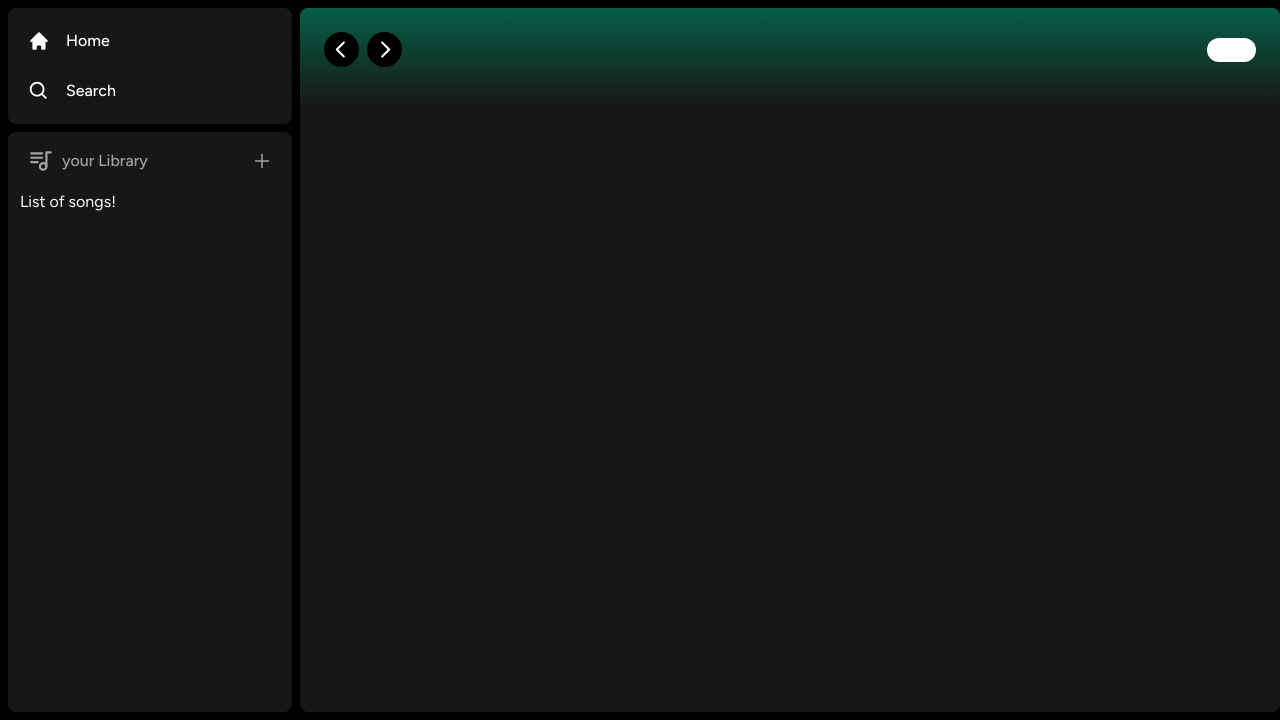
Repository: kjh4357/clone-spotify
Page: /
These files come from the project's save history. The page is drawn as it stood at one moment and after the next save; the edit follows.
The browser window is 1280 px wide. The pictures show the whole page.
The project was rebuilt for these pictures with package versions that can differ from the ones it lists, and the page was loaded fresh each time. The framework's server and built-in components were replaced by stand-ins that run in the browser. Also part of the build but not shown: next.config.mjs.

Above is the page before, as saved 2024-09-25 17:31:19.

### src/app/layout.tsx
import type { Metadata } from 'next';
import { Figtree } from 'next/font/google';
import './globals.css';
import Sidebar from '@/components/Sidebar';

const font = Figtree({ subsets: ['latin'] });

export const metadata: Metadata = {
  title: 'Spotify Clone',
  description: 'Listen to your favorite music',
};

export default function RootLayout({
  children,
}: Readonly<{
  children: React.ReactNode;
}>) {
  return (
    <html lang='en'>
      <body className={font.className}>
        <Sidebar>{children}</Sidebar>
      </body>
    </html>
  );
}

### src/app/(site)/page.tsx
import Header from '@/components/Header';

export default function Home() {
  return (
    <div className='bg-neutral-900 rounded-lg h-full w-full overflow-hidden overflow-y-auto'>
      <Header>Header</Header>
    </div>
  );
}

### src/components/Sidebar.tsx
'use client';

import { usePathname } from 'next/navigation';
import { useMemo } from 'react';
import { BiSearch } from 'react-icons/bi';
import { HiHome } from 'react-icons/hi';
import Box from './Box';
import SidebarItem from './SidebarItem';
import Library from './Library';

interface SidebarProps {
  children: React.ReactNode;
}
const Sidebar: React.FC<SidebarProps> = ({ children }) => {
  const pathname = usePathname();
  const routes = useMemo(
    () => [
      {
        icon: HiHome,
        label: 'Home',
        active: pathname !== '/search',
        href: '/',
      },
      {
        icon: BiSearch,
        label: 'Search',
        active: pathname !== '/search',
        href: '/search',
      },
    ],
    [pathname]
  );
  return (
    <div className='flex h-full'>
      <div className='hidden md:flex flex-col gap-y-2 bg-black w-[300px] p-2'>
        <Box classname=''>
          <div className='flex flex-col gap-y-4 px-5 py-4'>
            {routes.map((item) => (
              <SidebarItem key={item.label} {...item} />
            ))}
          </div>
        </Box>
        <Box classname='overflow-y-auto h-full'>
          <Library />
        </Box>
      </div>
      <main className='h-full flex-1 overflow-y-auto py-2'>{children}</main>
    </div>
  );
};

export default Sidebar;

### src/components/Header.tsx
'use client';

import { useRouter } from 'next/navigation';
import { BiSearch } from 'react-icons/bi';
import { HiHome } from 'react-icons/hi';
import { RxCaretLeft, RxCaretRight } from 'react-icons/rx';
import { twMerge } from 'tailwind-merge';
import Button from './Button';

interface HeaderProps {
  children: React.ReactNode;
  classname?: string;
}

const Header: React.FC<HeaderProps> = ({ children, classname }) => {
  const router = useRouter();

  const handleLogout = () => {};
  return (
    <header
      className={twMerge(
        `h-fit bg-gradient-to-b from-emerald-800 p-6`,
        classname
      )}
    >
      <div className='w-full mb-4 flex items-center justify-between'>
        <div className='hidden md:flex gap-x-2 items-center'>
          <button
            onClick={() => router.back()}
            className='rounded-full bg-black flex items-center justify-center hovre:opacity-75 transition'
          >
            <RxCaretLeft className='text-white' size={35} />
          </button>
          <button
            onClick={() => router.forward()}
            className='rounded-full bg-black flex items-center justify-center hovre:opacity-75 transition'
          >
            <RxCaretRight className='text-white' size={35} />
          </button>
        </div>
        <div className='flex md:hidden gap-x-2 items-center'>
          <button className='rounded-full p02 bg-white flex items-center justify-center hover:opacity-75 transition'>
            <HiHome className='text-black' size={20} />
          </button>
          <button className='rounded-full p02 bg-white flex items-center justify-center hover:opacity-75 transition'>
            <BiSearch className='text-black' size={20} />
          </button>
        </div>
        <div className='flex justify-between items-center gap-x-4'>
          <>
            <div>
              <Button>Sign up</Button>
            </div>
          </>
        </div>
      </div>
    </header>
  );
};

export default Header;

### src/components/Box.tsx
import { twMerge } from 'tailwind-merge';

interface BoxProps {
  children: React.ReactNode;
  classname: string;
}
const Box: React.FC<BoxProps> = ({ children, classname }) => {
  return (
    <div
      className={twMerge(`bg-neutral-900 rounded-lg h-fit w-full`, classname)}
    >
      {children}
    </div>
  );
};

export default Box;

### src/components/SidebarItem.tsx
import Link from 'next/link';
import { IconType } from 'react-icons';
import { twMerge } from 'tailwind-merge';

interface SidebarItemProps {
  icon: IconType;
  label: string;
  active: boolean;
  href: string;
}

const SidebarItem: React.FC<SidebarItemProps> = ({
  icon: Icon,
  label,
  active,
  href,
}) => {
  return (
    <Link
      href={href}
      className={twMerge(
        `flex flex-row h-auto items-center w-full gap-x-4 text-md font-medium cursor-pointer hover:text-white transition text-neutral-400 py-1`,
        active ? 'text-white' : 'text-white'
      )}
    >
      <Icon size={26} />
      <span className='truncate w-full'>{label}</span>
    </Link>
  );
};

export default SidebarItem;

### src/components/Library.tsx
'use client';

import { AiOutlinePlus } from 'react-icons/ai';
import { TbPlaylist } from 'react-icons/tb';

const Library: React.FC = () => {
  const onClick = () => {
    console.log('Create Playlist');
  };
  return (
    <div className='flex flex-col'>
      <div className='flex items-center justify-between px-5 pt-4'>
        <div className='inline-flex items-center gap-x-2'>
          <TbPlaylist className='text-neutral-400' size={26} />
          <p className='text-neutral-400 font-medium text-md'>your Library</p>
        </div>
        <AiOutlinePlus
          className='text-neutral-400 cursor-pointer hover:text-white transition'
          onClick={onClick}
          size={20}
        />
      </div>
      <div className='flex flex-col gap-y-2 mt-4 px-3'>List of songs!</div>
    </div>
  );
};

export default Library;

### src/components/Button.tsx
interface ButtonProps extends React.ButtonHTMLAttributes<HTMLButtonElement> {}

const Button = () => {
  return (
    <button className='rounded-full bg-white flex items-center justify-center hover:opacity-75 transition'>
      button
    </button>
  );
};

export default Button;

Loaded but not shown: src/app/globals.css (common file); tailwind.config.ts (common file)

After the next save:
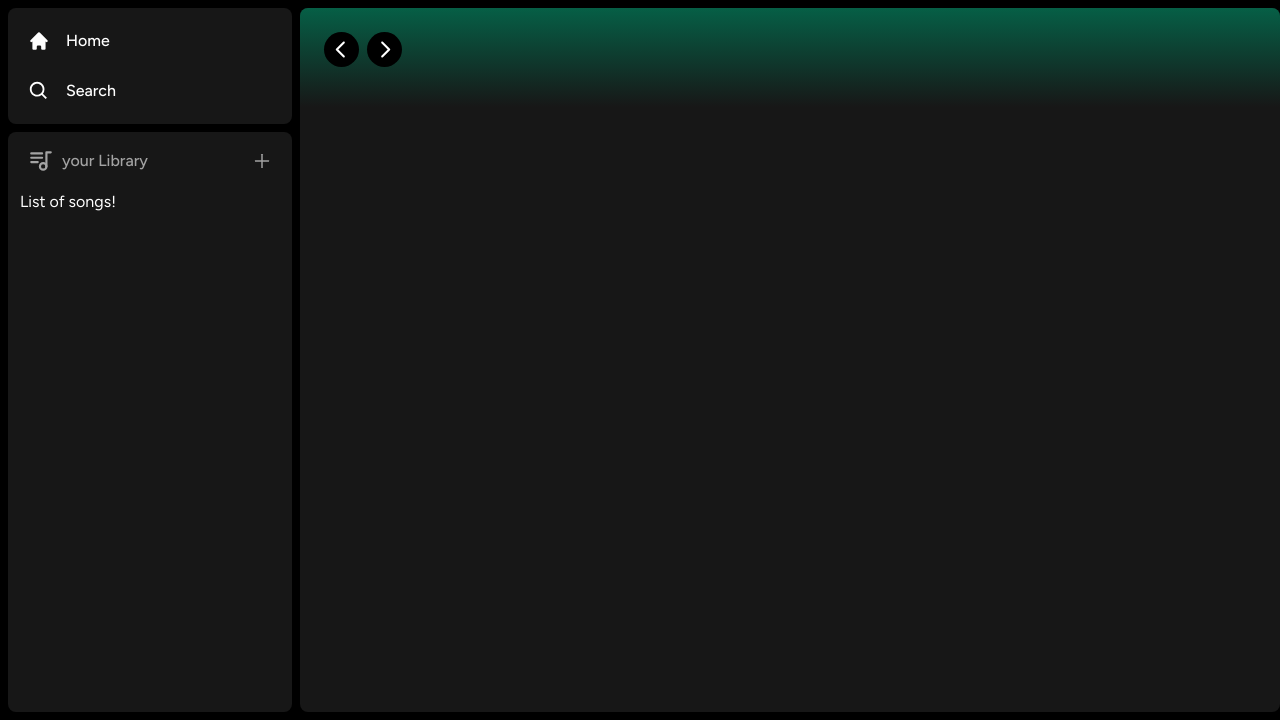
Saved 2 min 10 s later.
--- a/src/components/Button.tsx
+++ b/src/components/Button.tsx
@@ -1,11 +1,16 @@
+import { forwardRef } from 'react';
+
 interface ButtonProps extends React.ButtonHTMLAttributes<HTMLButtonElement> {}
 
-const Button = () => {
-  return (
-    <button className='rounded-full bg-white flex items-center justify-center hover:opacity-75 transition'>
-      button
-    </button>
-  );
-};
+const Button = forwardRef<HTMLButtonElement, ButtonProps>(
+  (
+    { className, children, disabled, type = 'button', ...propagateServerField },
+    ref
+  ) => {
+    return <button></button>;
+  }
+);
+
+Button.displayName = 'Button';
 
 export default Button;
